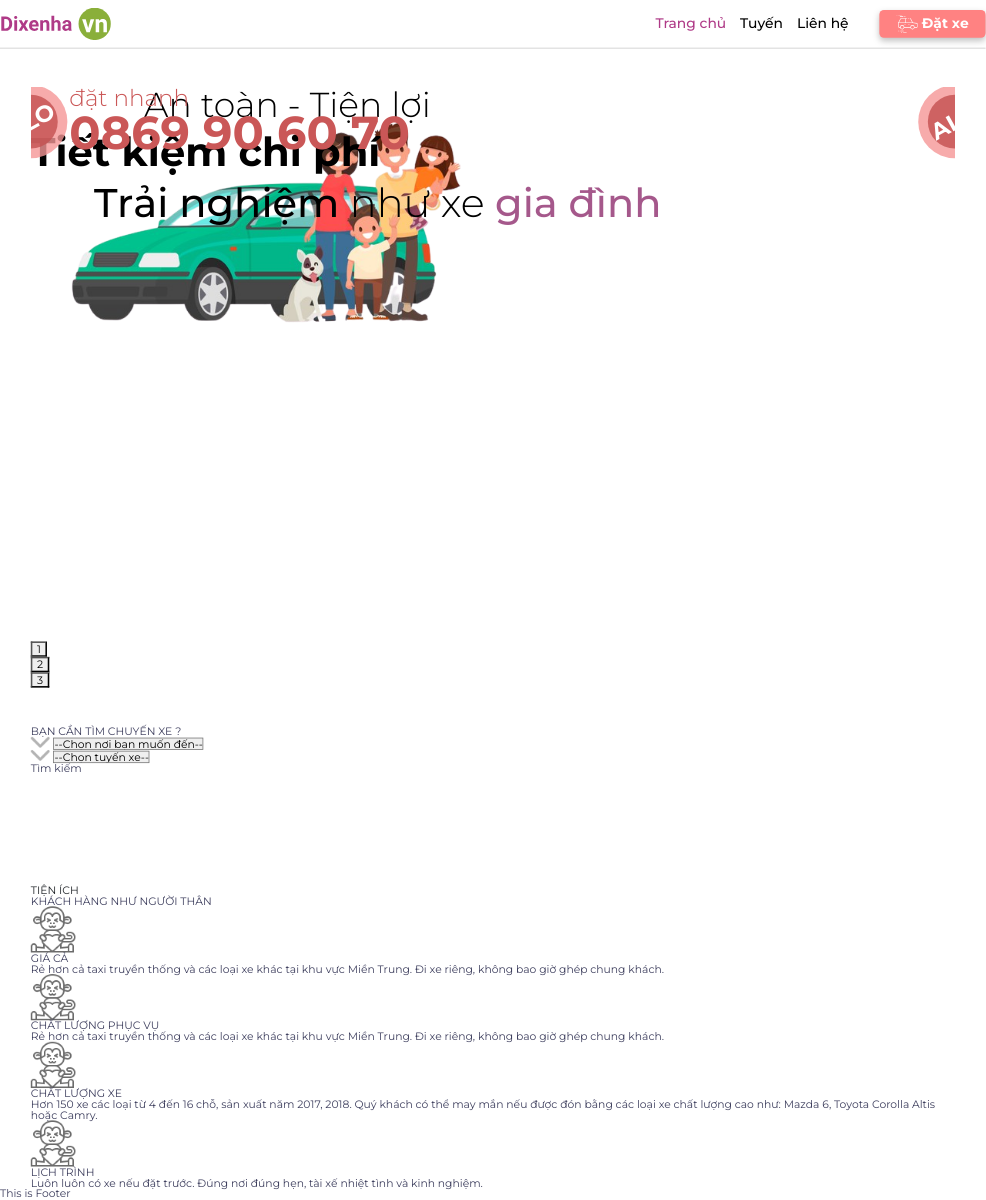
Repository: thanhthien0706/last_project--fe004
Page: lastProductF004/dist/index.html
The author's editor kept a copy of each file at every save. The page is drawn from the files as they stood at one save, then again after the next save.
The browser window is 1280 px wide. The pictures show the whole page, at 77% of full size.
Some web libraries are served in a nearby version. The style sheet was rebuilt from its Sass, Less or Tailwind sources for each picture, by a compiler version that may differ from the author's.

Above is the page before, as saved 2021-09-16 20:04:19.

After the next save:
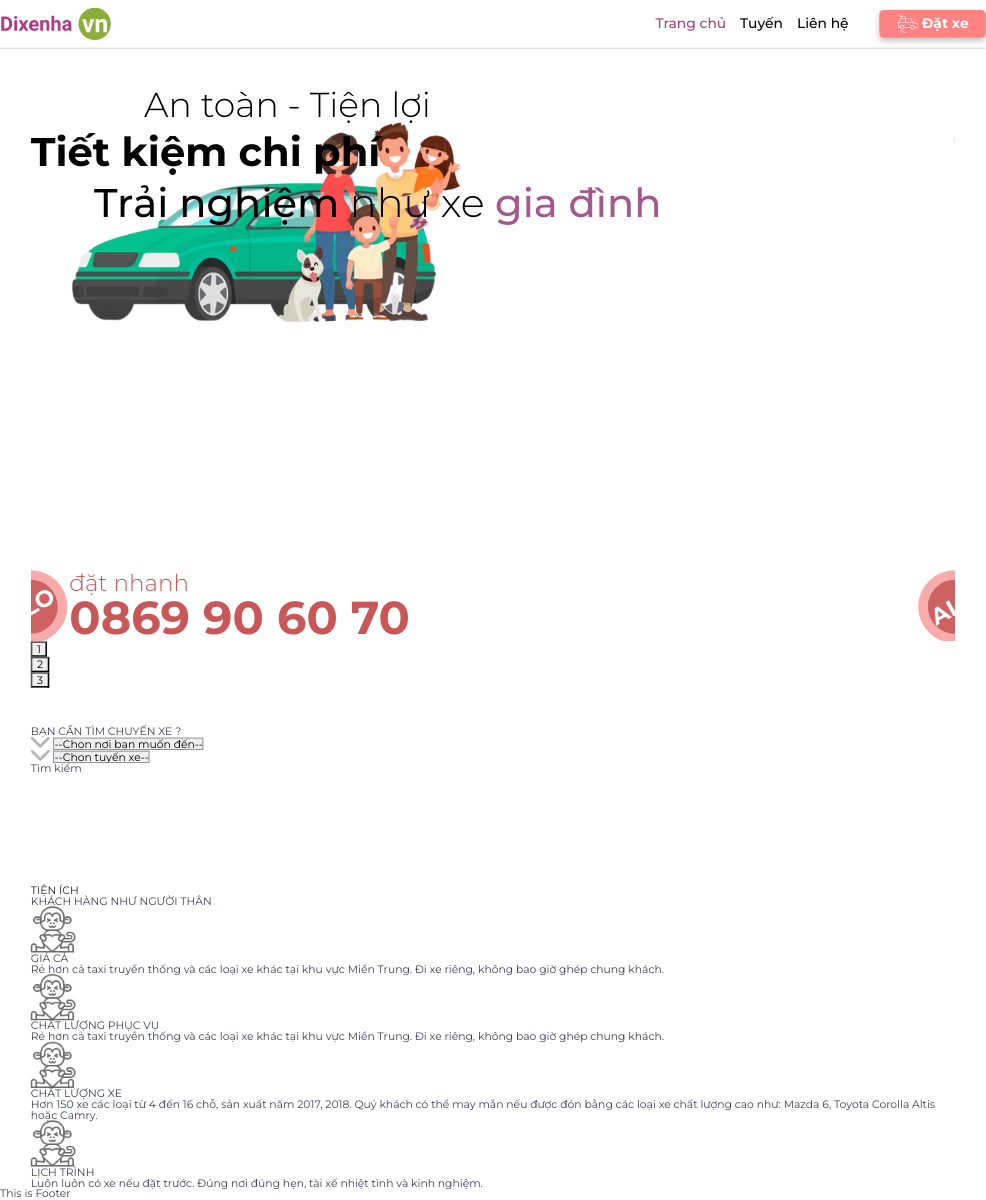
Saved 17 s later.
--- a/lastProductF004/src/styles/pages/_homepage.scss
+++ b/lastProductF004/src/styles/pages/_homepage.scss
@@ -54,7 +54,8 @@ html {
                 display: flex;
                 flex-direction: row;
                 align-items: center;
-
+                bottom: 0;
+                left: 0;
                 .box_icon{
                     position: relative;
                     .shape_1{
